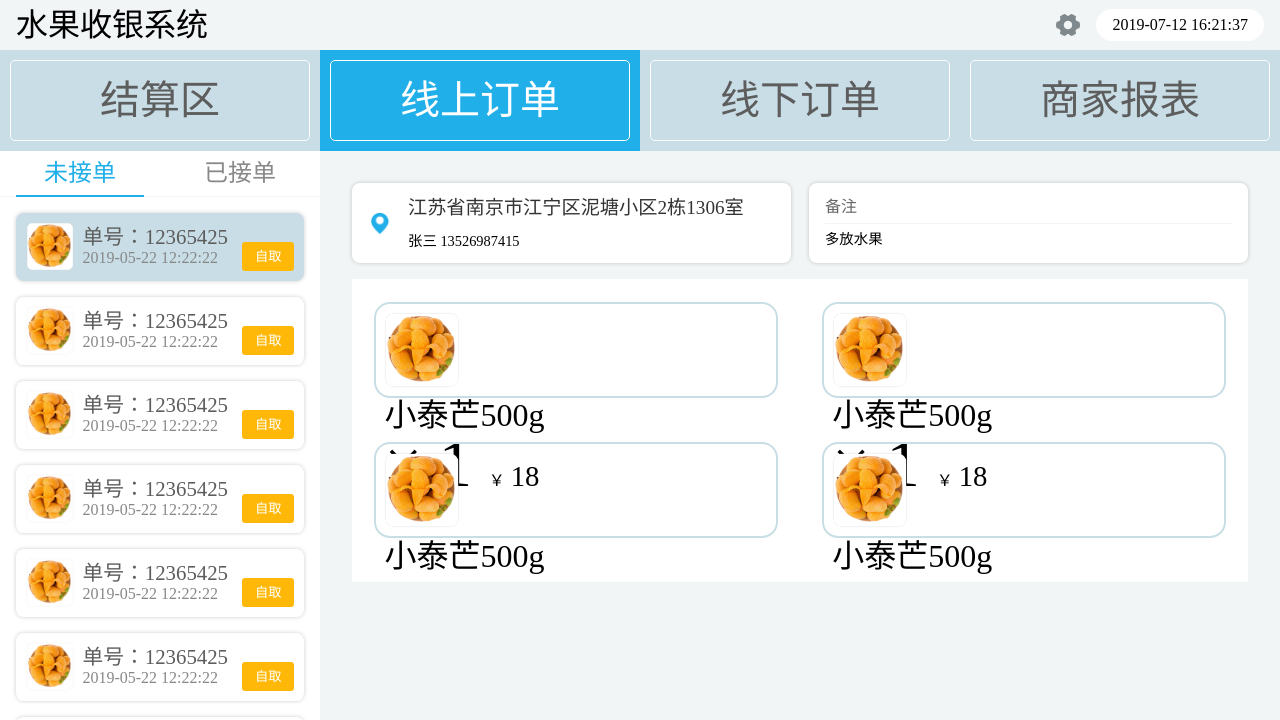
Repository: missing-star/fruit
Page: index.html
These files come from the project's save history. The page is drawn as it stood at one moment and after the next save; the edit follows.
The browser window is 1280 px wide. The pictures show the whole page.

Above is the page before, as saved 2019-07-12 17:16:57.

After the next save:
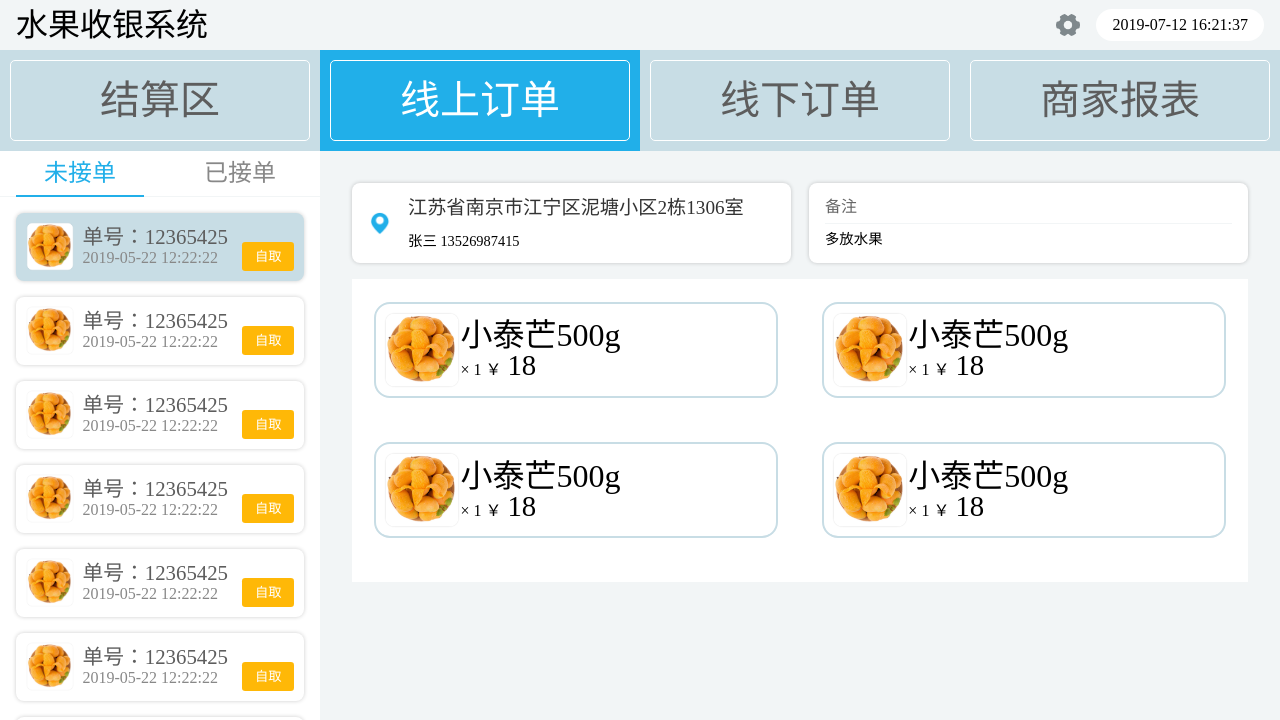
Saved 37 s later.
--- a/css/index.css
+++ b/css/index.css
@@ -473,4 +473,7 @@ li.order-detail-goods-item {
     border: 2px solid #C8DDE5;
     border-radius: 1rem;
     padding: 0.5rem;
-}
+    display: flex;
+    align-items: center;
+    font-size: 1rem;
+}
